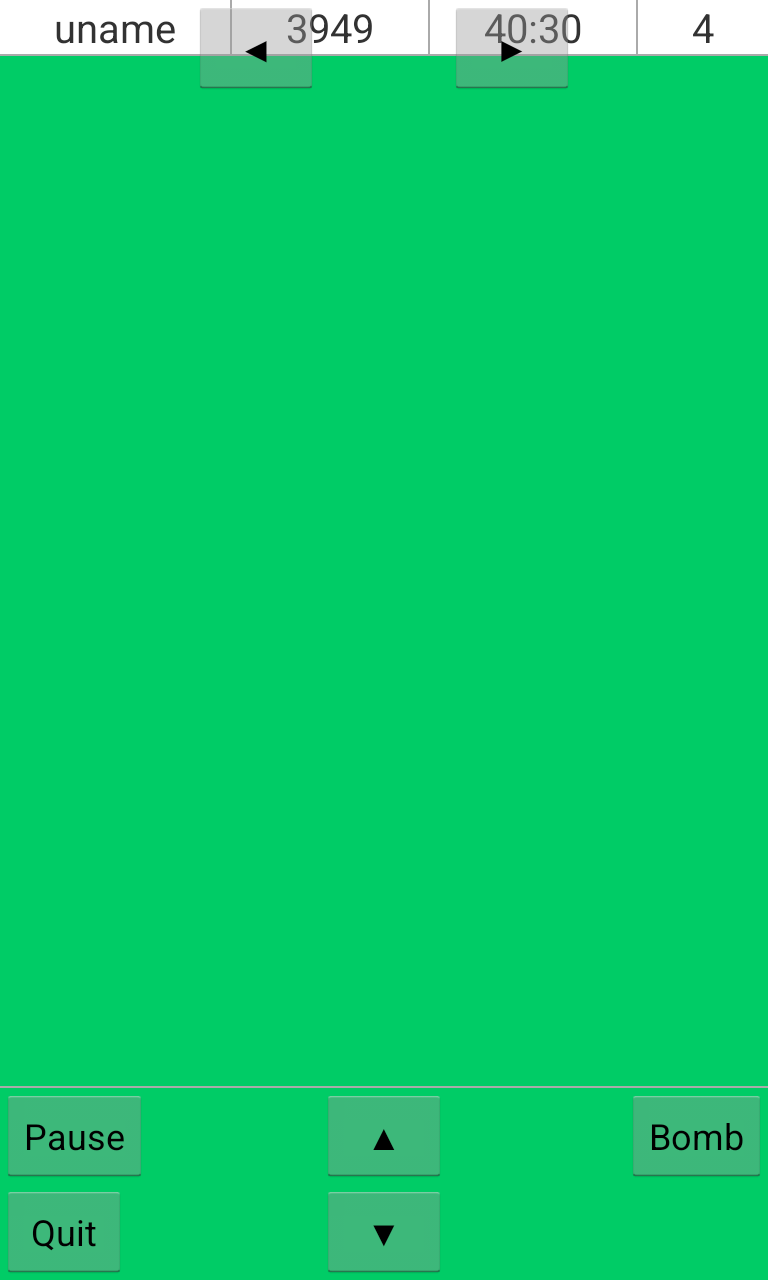
Repository: srijeyanthan/bomberman
Layout: MyFirstApp/res/layout/activity_main.xml
The author's editor kept a copy of each file at every save. The layout is drawn from the files as they stood at one save, then again after the next save.
It is drawn on a 768 x 1280 px phone screen (xhdpi) without system bars, with theme AppTheme; the app's code is not run.

Above is the layout before, as saved 2014-03-26 00:12:48.

After the next save:
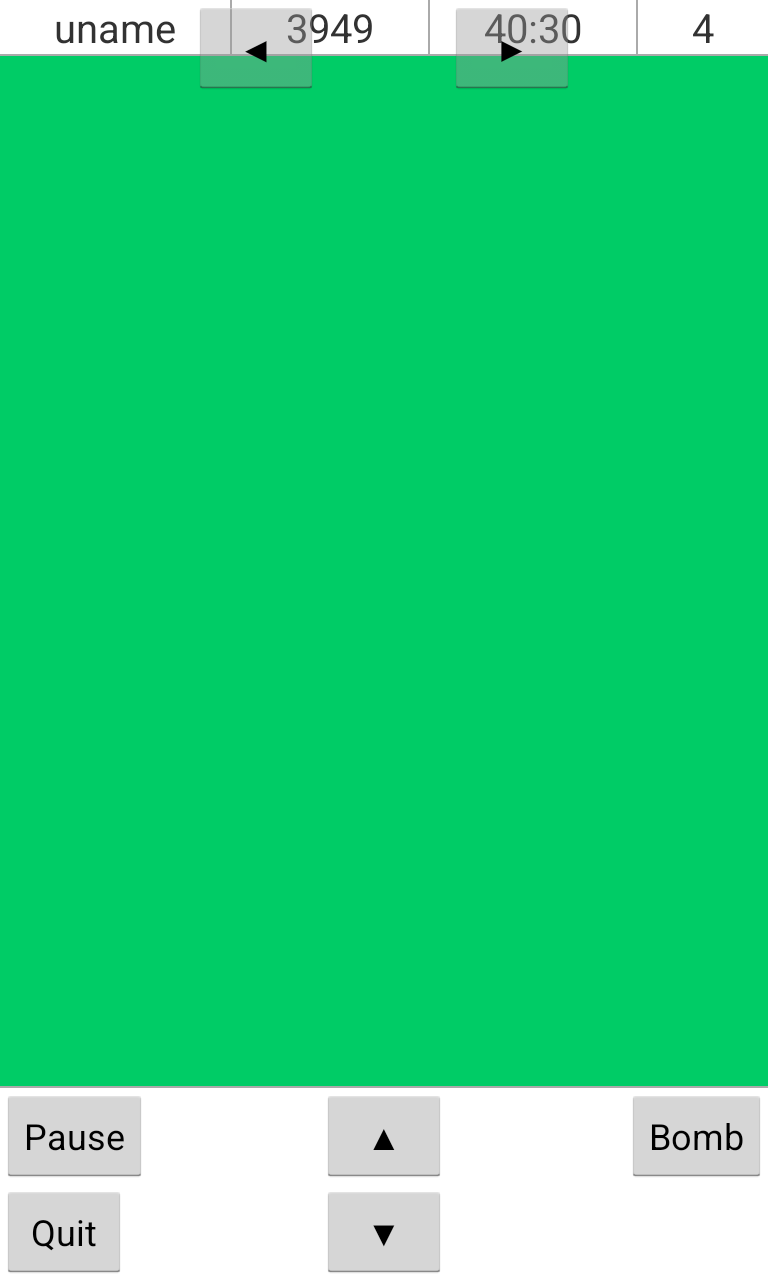
Saved 103 s later.
--- a/MyFirstApp/res/layout/activity_main.xml
+++ b/MyFirstApp/res/layout/activity_main.xml
@@ -82,6 +82,7 @@
 		        android:background="#00CC66"
 		        android:layout_width="fill_parent"
 		        android:layout_height="fill_parent"
+		        android:layout_above="@+id/lowerSeparator"
 		        />
 
         <Button
